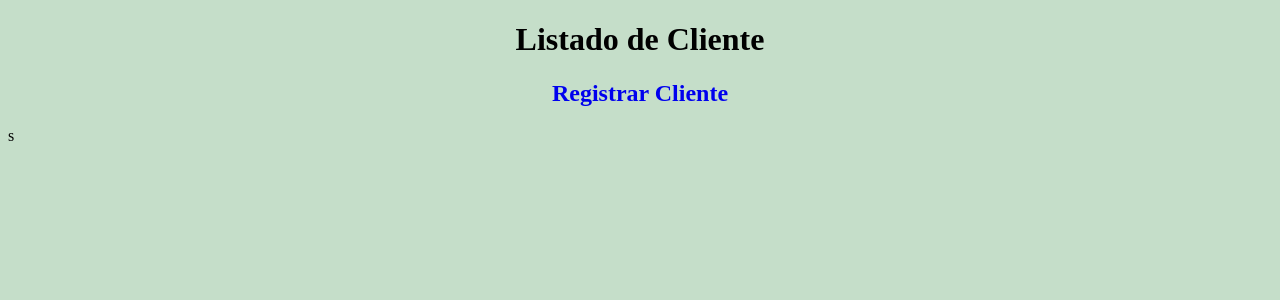
Repository: DaviOsx/LPII_CL2_CHERO_DAVIS
Page: http://localhost/LPII_CL2_CHERO_DAVIS/ListadoCliente.jsp
The author's editor kept a copy of each file at every save. The page is drawn from the files as they stood at one save, then again after the next save.
The browser window is 1280 px wide. The pictures show the whole page.
The page is served by Tomcat 9. Other server files are loaded and not shown.

Above is the page before, as saved 2024-06-14 02:16:38.

### LPII_CL2_CHERO_DAVIS/src/main/webapp/ListadoCliente.jsp
<%@ page language="java" contentType="text/html; charset=ISO-8859-1"
    pageEncoding="ISO-8859-1"%>
<!DOCTYPE html >
<html>
<head>
<meta http-equiv="Content-Type" content="text/html; charset=ISO-8859-1">
<title>Listado de Clientes</title>
</head>
<body bgcolor="#c5dec9">
<h1  align="center" >Listado de Cliente</h1>
<H2 align="center">
<%-- HREF PARA QUE REDIMENCIONE A LA PAG DESEADA --%>
<a href="RegistrarCliente.jsp" style="text-decoration:none">
Registrar Cliente</a>

</H2>
s

</body>
</html>

After the next save:
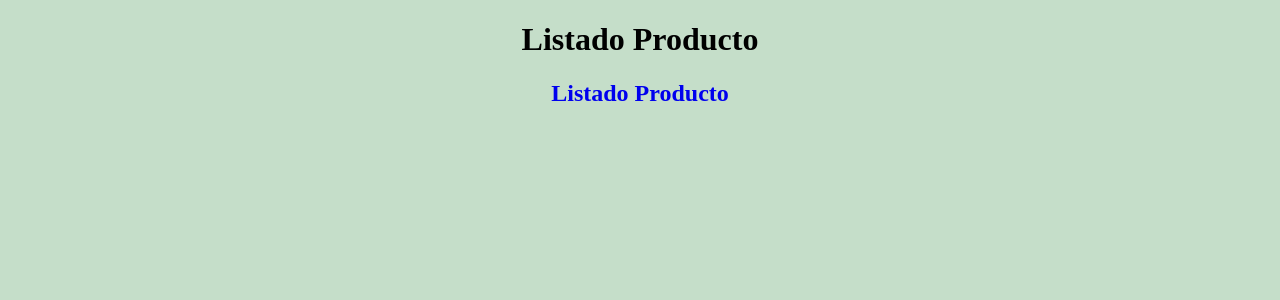
Saved 8 min 29 s later.
--- a/LPII_CL2_CHERO_DAVIS/src/main/webapp/ListadoCliente.jsp
+++ b/LPII_CL2_CHERO_DAVIS/src/main/webapp/ListadoCliente.jsp
@@ -4,17 +4,18 @@
 <html>
 <head>
 <meta http-equiv="Content-Type" content="text/html; charset=ISO-8859-1">
-<title>Listado de Clientes</title>
+<title>Listado Producto</title>
 </head>
 <body bgcolor="#c5dec9">
-<h1  align="center" >Listado de Cliente</h1>
+<h1  align="center" >Listado Producto</h1>
 <H2 align="center">
+
 <%-- HREF PARA QUE REDIMENCIONE A LA PAG DESEADA --%>
 <a href="RegistrarCliente.jsp" style="text-decoration:none">
-Registrar Cliente</a>
+Listado Producto</a>
 
 </H2>
-s
+
 
 </body>
 </html>
